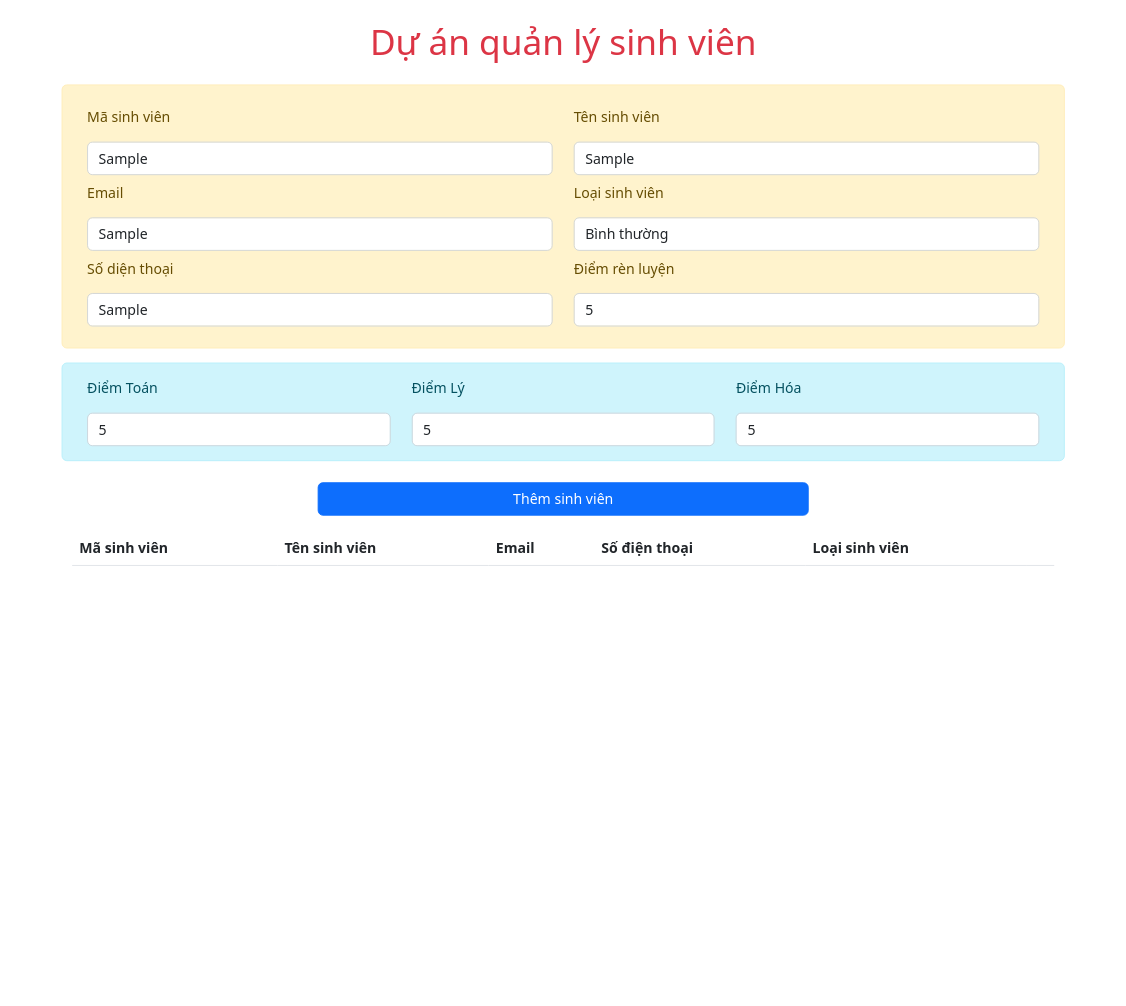
Repository: hcozyph/Cybersoft_JS_OOP
Page: index.html
The author's editor kept a copy of each file at every save. The page is drawn from the files as they stood at one save, then again after the next save.
The browser window is 1280 px wide. The pictures show the whole page, at 88% of full size.
Empty fields were first filled with sample values (such as "Sample", 5 or name@example.com).
After loading, the first visible `#btnThemSinhVien` was clicked once.

Above is the page before, as saved 2023-02-26 11:08:05.

After the next save:
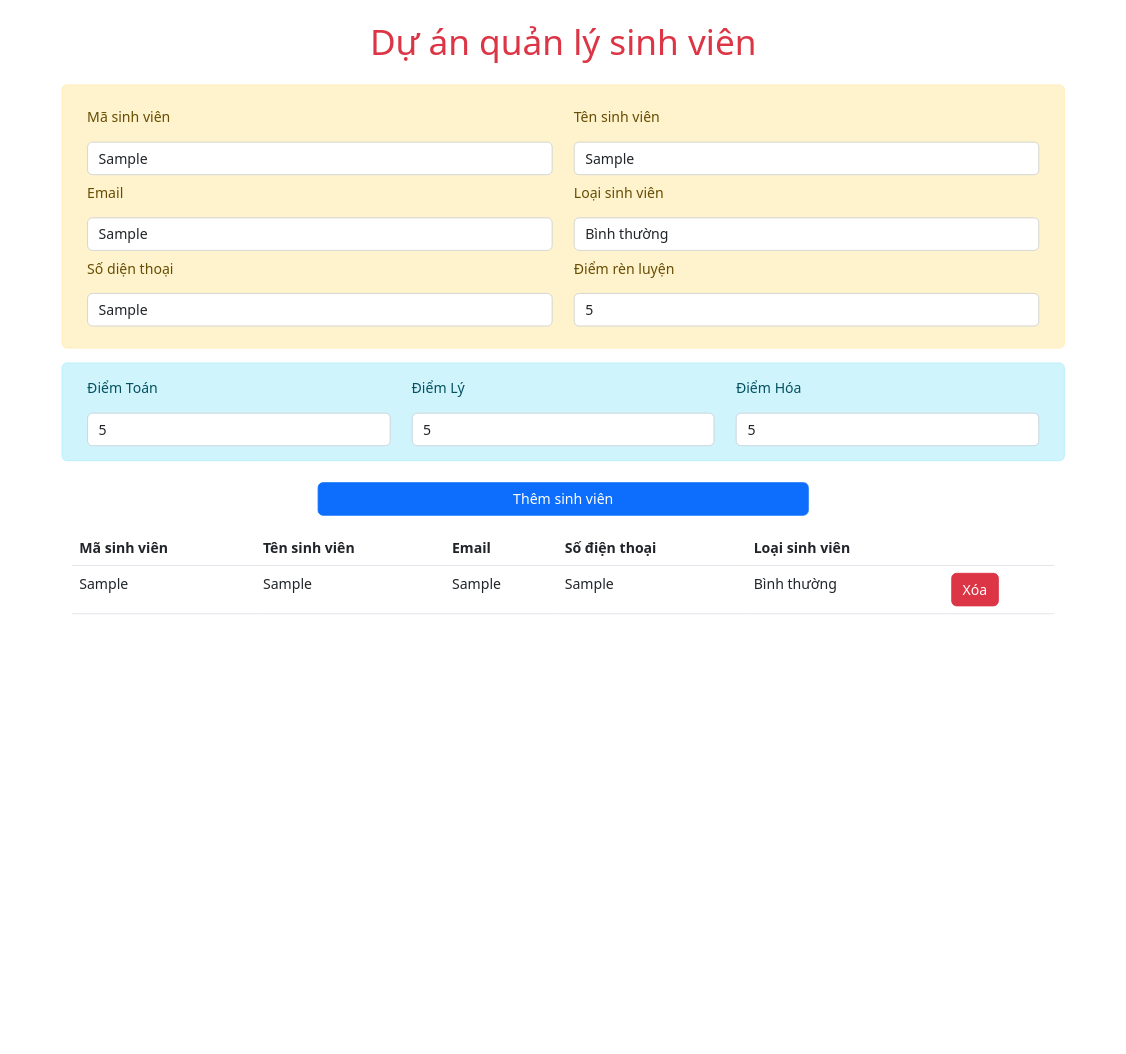
Saved 88 s later.
--- a/controllers/js/index.js
+++ b/controllers/js/index.js
@@ -54,7 +54,7 @@ function renderTableSinhVien (arrSinhVien) {
     //input là mangSinhVien = [{maSinhVien:1,tenSinhViwn:'A'},{maSinhVien:2,tenSinhViwn:'B'},]
     var htmlString = '';
 
-    for ( var index = 0; index < arrSinhVien.lenght; index++) {
+    for ( var index = 0; index < arrSinhVien.length; index++) {
         var sv = arrSinhVien[index];
         htmlString += `
             <tr>
